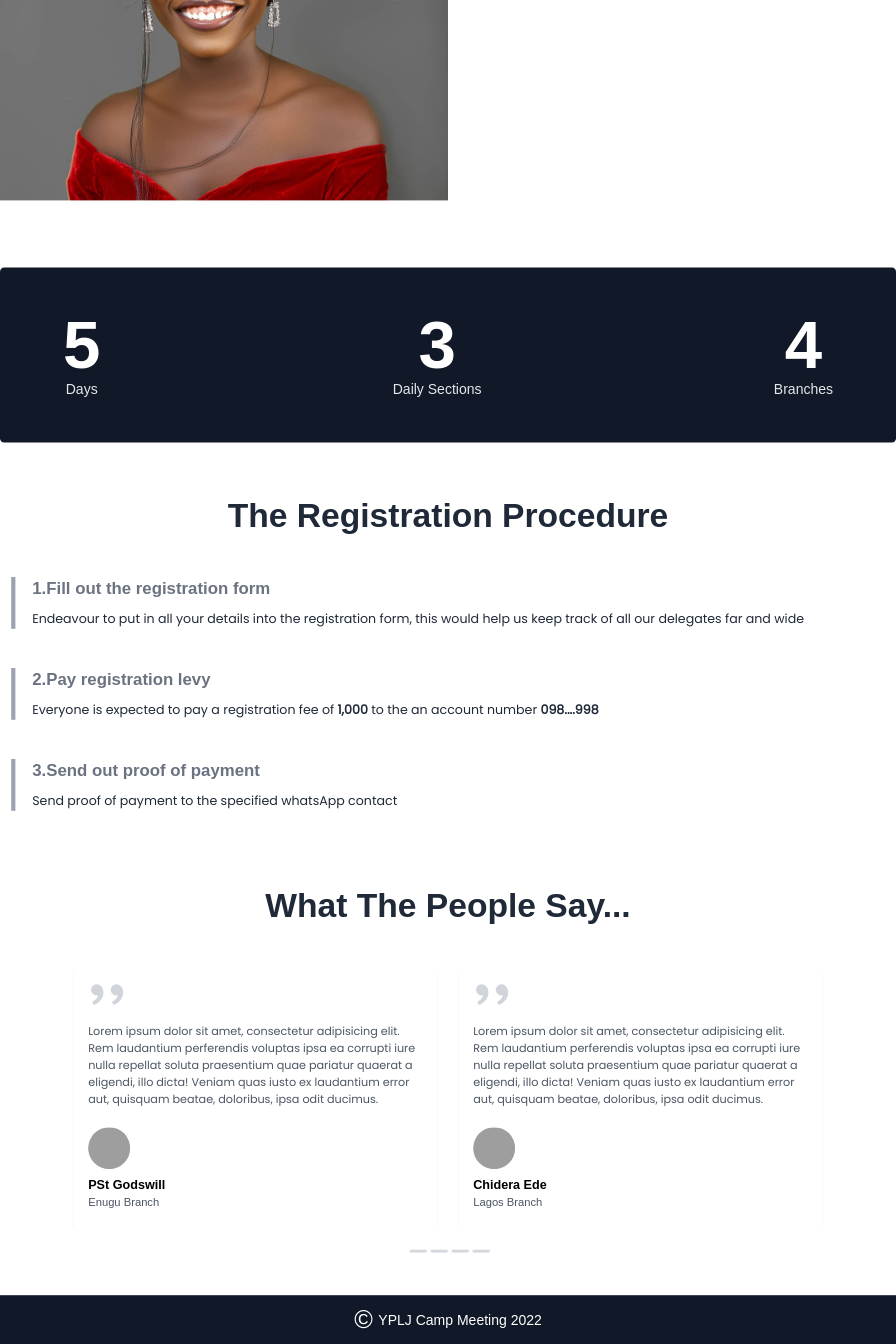
Repository: Ifenna-Pascal/user-camp-onboarding
Page: /
The author's editor kept a copy of each file at every save. The page is drawn from the files as they stood at one save, then again after the next save.
The browser window is 1280 px wide. The pictures show the part of the page from y = 2356 to 4276 px (the page is 4276 px tall before and 4228 px after), at 70% of full size.
Pictures or frames that could not be fetched are drawn as grey boxes. Some web fonts or font styles are not loaded; a fallback is used. The project was rebuilt for these pictures with package versions that can differ from the ones it lists, and the page was loaded fresh each time. The framework's server and built-in components were replaced by stand-ins that run in the browser. Also part of the build but not shown: next.config.js, styles/Home.module.css.

Above is the page before, as saved 2022-11-26 11:04:29.

After the next save:
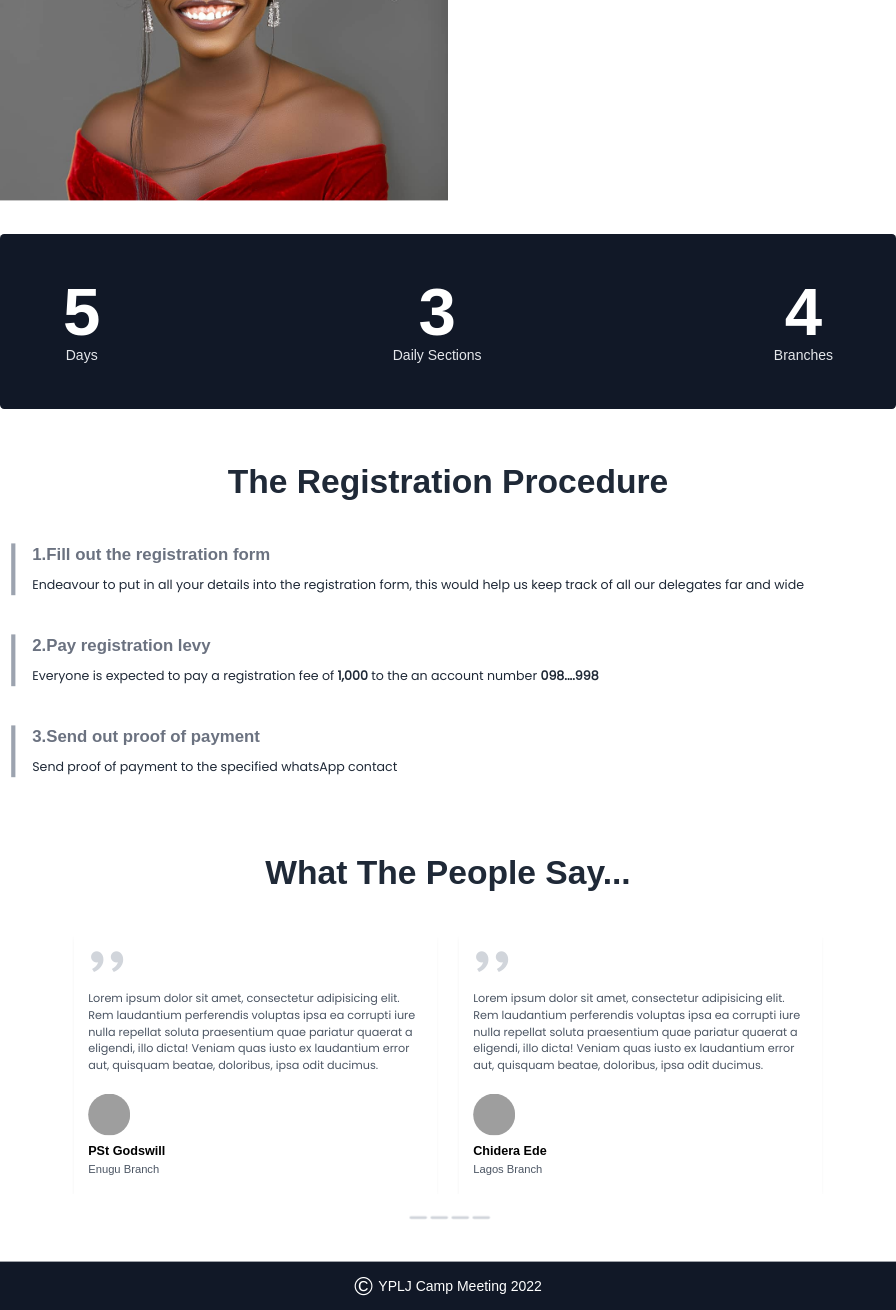
Saved 10 s later.
--- a/components/sections/Speech.jsx
+++ b/components/sections/Speech.jsx
@@ -3,7 +3,7 @@ import React from "react";
 
 function Speech() {
   return (
-    <div className="grid grid-cols-1 lg:grid-cols-2 py-12 items-center justify-center ">
+    <div className="grid grid-cols-1 lg:grid-cols-2 pt-12 items-center justify-center ">
       <div className="w-full -mt-8  h-[500px]">
         <img
           src="/assets/miss.jpg"
